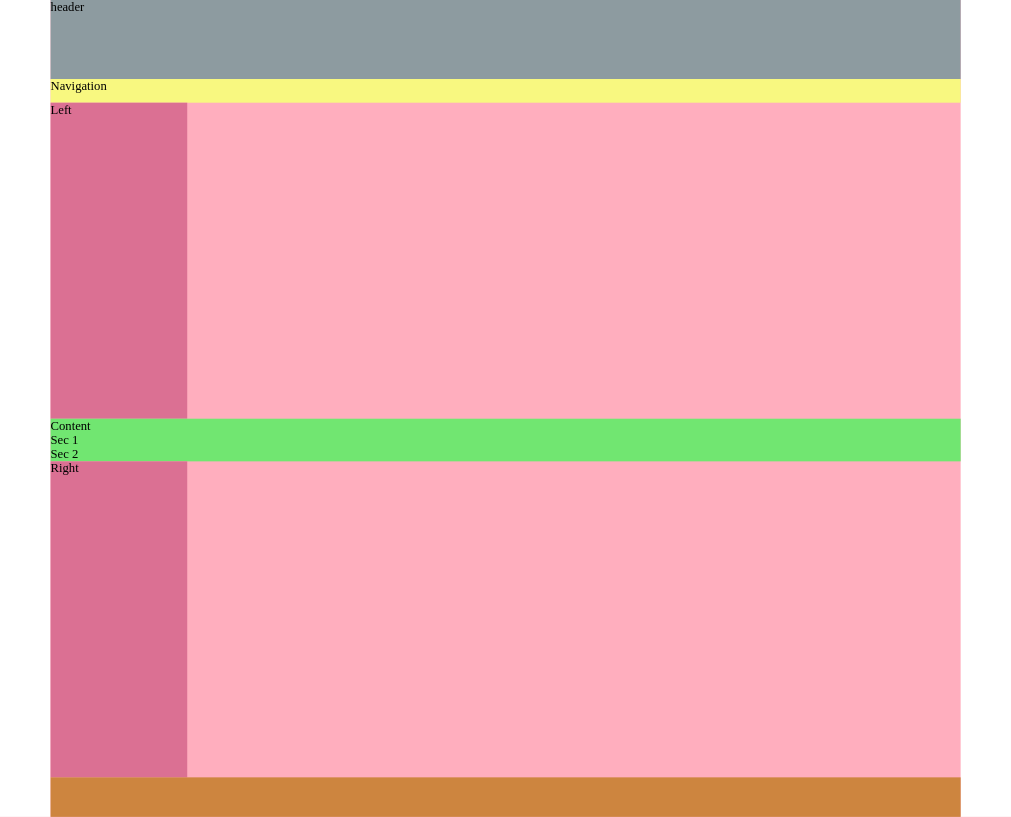
Repository: cvTuananh/Wed-famework
Page: Lab04/lab04/demo04.html
The author's editor kept a copy of each file at every save. The page is drawn from the files as they stood at one save, then again after a run of saves.
The browser window is 1280 px wide. The pictures show the whole page, at 79% of full size.

Above is the page before, as saved 2021-09-28 18:53:36.

### Lab04/lab04/demo04.html
<!DOCTYPE html>
<html lang="en">
<head>
    <meta charset="UTF-8">
    <meta http-equiv="X-UA-Compatible" content="IE=edge">
    <meta name="viewport" content="width=device-width, initial-scale=1.0">
    <title>Document</title>
    <link rel="stylesheet" href="demo04.css">
</head>
<body>
    <div class="container">
        <header>header</header>
        <nav>Navigation</nav>
        <aside>Left </aside>
        <article>Content
            <section>Sec 1</section>
            <section>Sec 2</section>
        </article>
        <aside>Right</aside>
        <footer></footer>
    </div>
</body>
</html>

### Lab04/lab04/demo04.css
body {
    padding : 0 ;
    margin : 0 ;
}
.container{
    background-color: #ffaebe;
    width: 90%;
    padding: 0;
    margin: 0 auto;

}

header{
    background-color: rgb(141, 155, 160);
    height: 100px;
}
nav{
    background-color: rgb(248, 248, 128);
    height: 30px;
}
aside{
    background-color: palevioletred;
    min-height: 400px;
    width:15%

}
article{
    background-color: rgb(113, 230, 113);
    min
}
footer{
    background-color: peru;
    height: 50px;
    text-align: center;
}

After the next 3 saves:
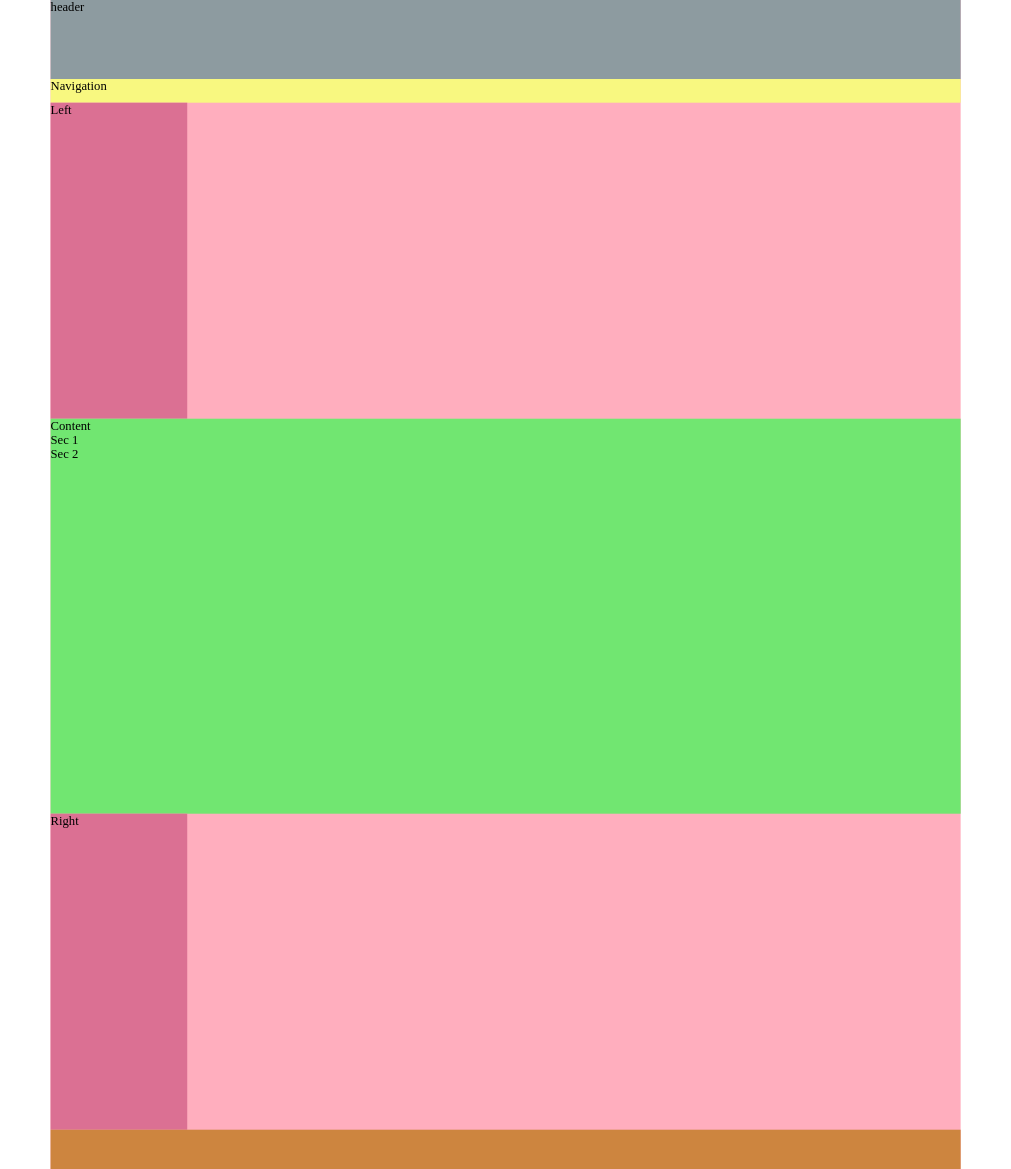
The 3 saves are shown as one change because they came seconds apart.
The last was saved 9 s later.
--- a/Lab04/lab04/demo04.css
+++ b/Lab04/lab04/demo04.css
@@ -26,7 +26,8 @@
 }
 article{
     background-color: rgb(113, 230, 113);
-    min
+    min-height: 500px;
+    wi
 }
 footer{
     background-color: peru;
